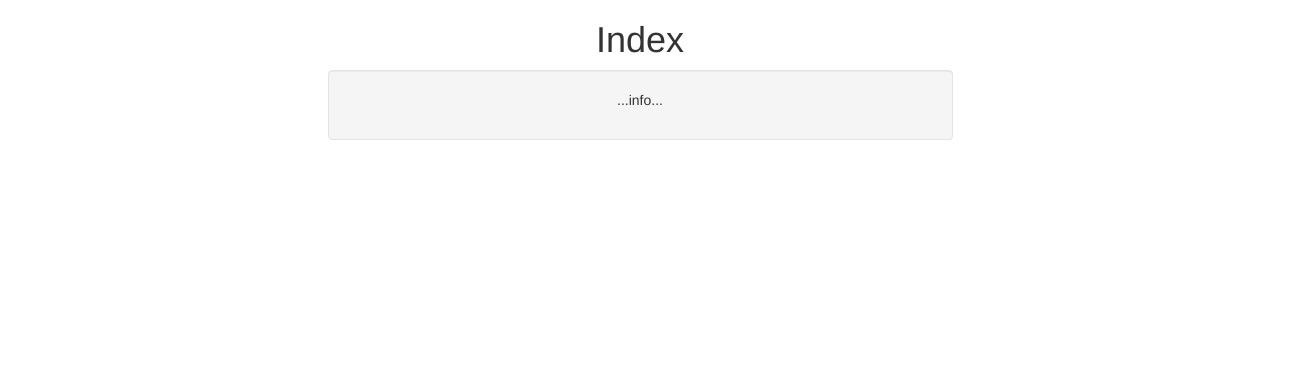
Repository: fanmengying/octans
Page: http://localhost/
The author's editor kept a record of every edit. The page is drawn from the files as they stood at one moment, then again after the next edit.
The browser window is 1280 px wide. The page is 1295 px wide, so the pictures cover 1295 px, including what lies to the right of the window. The pictures show the whole page.
Some web libraries are served in a nearby version. The page is served by the project's Node server (app.js).

Above is the page before.

After the next edit:
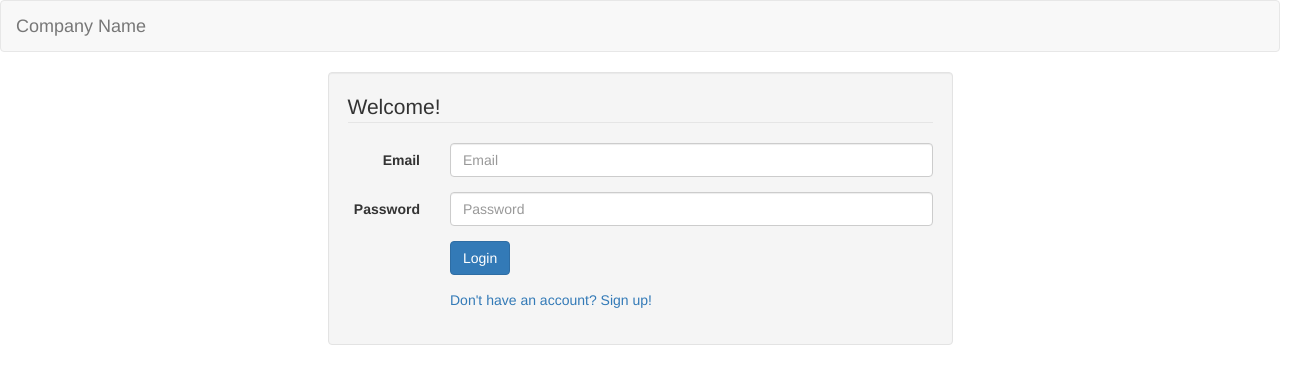
The edit:
--- a/mengying/app.js
+++ b/mengying/app.js
@@ -23,7 +23,7 @@
 app.set('view engine', 'handlebars');
 
 
-app.use('/', index);
+app.use('/', login);
 app.use('/viewuser', viewuser);
 app.use('/login', login);
 app.use('/adduser', adduser);
